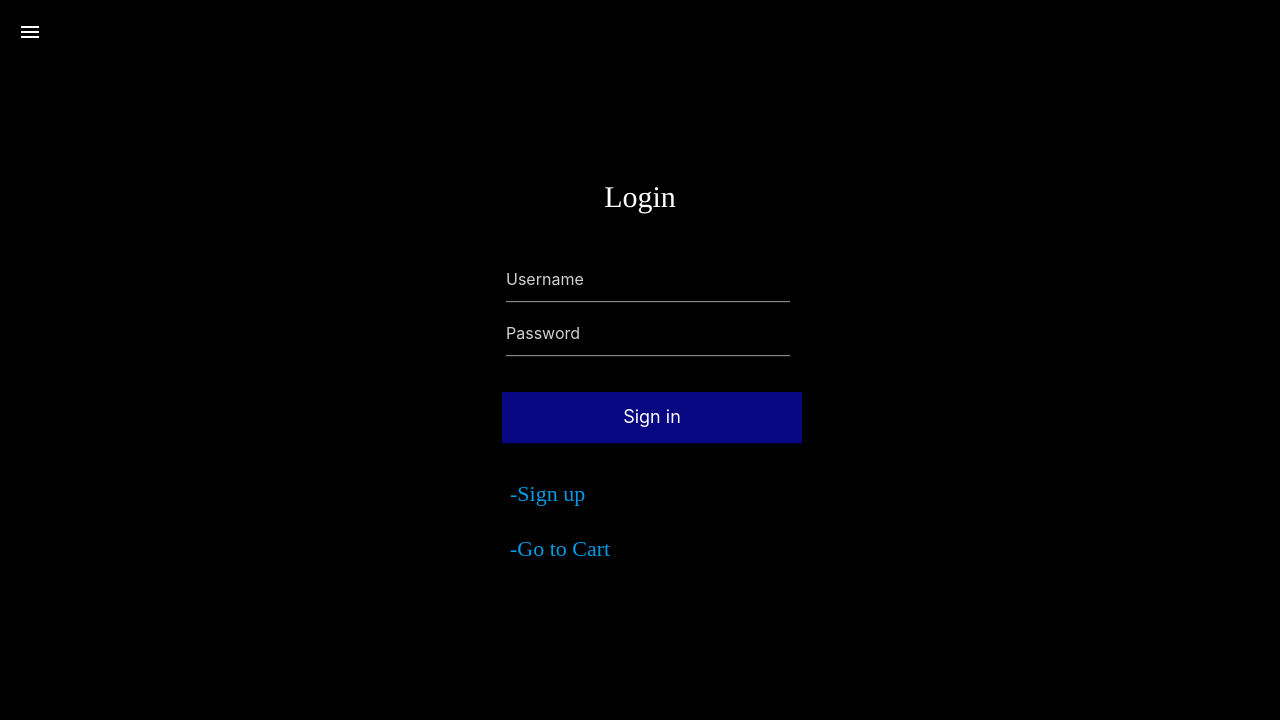
Repository: Ajtheult/final-project
Page: /login
The author's editor kept a copy of each file at every save. The page is drawn from the files as they stood at one save, then again after the next save.
The browser window is 1280 px wide. The pictures show the whole page.
Some web fonts or font styles are not loaded; a fallback is used. Some web libraries are served in a nearby version. The project was rebuilt for these pictures with package versions that can differ from the ones it lists, and the page was loaded fresh each time. Also part of the build but not shown: src/layout/pages/LandingPage.js, src/layout/pages/About.js, src/layout/pages/catalogue/Keys.js, src/layout/pages/catalogue/String.js, src/layout/pages/catalogue/Woodwind.js, src/layout/pages/catalogue/Percussion.js, src/layout/pages/Cart.js, src/layout/pages/login/NewSignUp.js.

Above is the page before, as saved 2020-07-21 01:11:36.

After the next save:
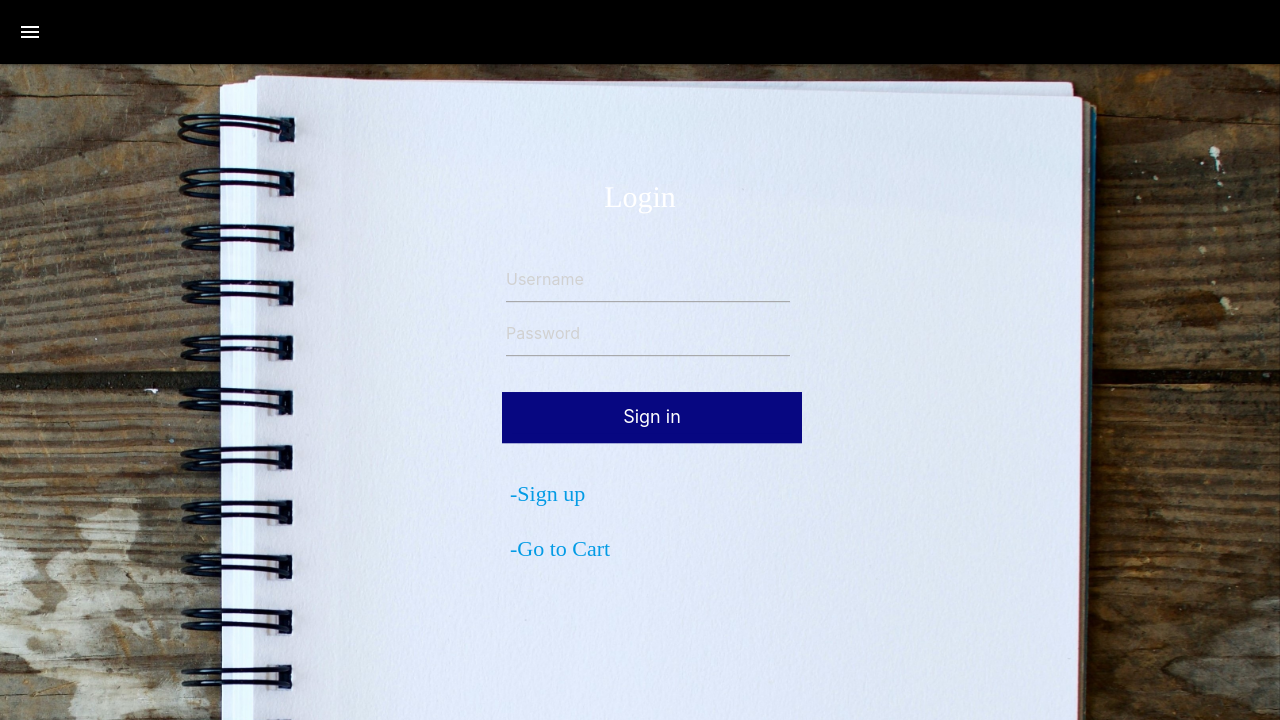
Saved 10 h 51 min later.
--- a/src/layout/pages/login/Login.js
+++ b/src/layout/pages/login/Login.js
@@ -1,23 +1,29 @@
 import React from "react";
 import "../../../App.css";
+import background4 from "../imagesofinstruments/background4.jpg";
 
 const Login = () => {
   return (
-    <div className="my_login-box">
-      <h1>Login</h1>
-      <div className="my_textbox">
-        <input type="text" placeholder="Username" name="true" required />
+    <div>
+      <div className="bg-color">
+        <img src={background4} className="bg" alt="bg" />
+      </div>
+      <div className="my_login-box">
+        <h1>Login</h1>
+        <div className="my_textbox">
+          <input type="text" placeholder="Username" name="true" required />
 
-        <input type="password" placeholder="Password" name="true" required />
+          <input type="password" placeholder="Password" name="true" required />
+        </div>
+
+        <input className="my_btn" type="button" name="" value="Sign in" />
+        <p className="sign">
+          <a href="/new-sign-up">-Sign up</a>
+        </p>
+        <p className="sign">
+          <a href="/cart">-Go to Cart</a>
+        </p>
       </div>
-
-      <input className="my_btn" type="button" name="" value="Sign in" />
-      <p className="sign">
-        <a href="/new-sign-up">-Sign up</a>
-      </p>
-      <p className="sign">
-        <a href="/cart">-Go to Cart</a>
-      </p>
     </div>
   );
 };
